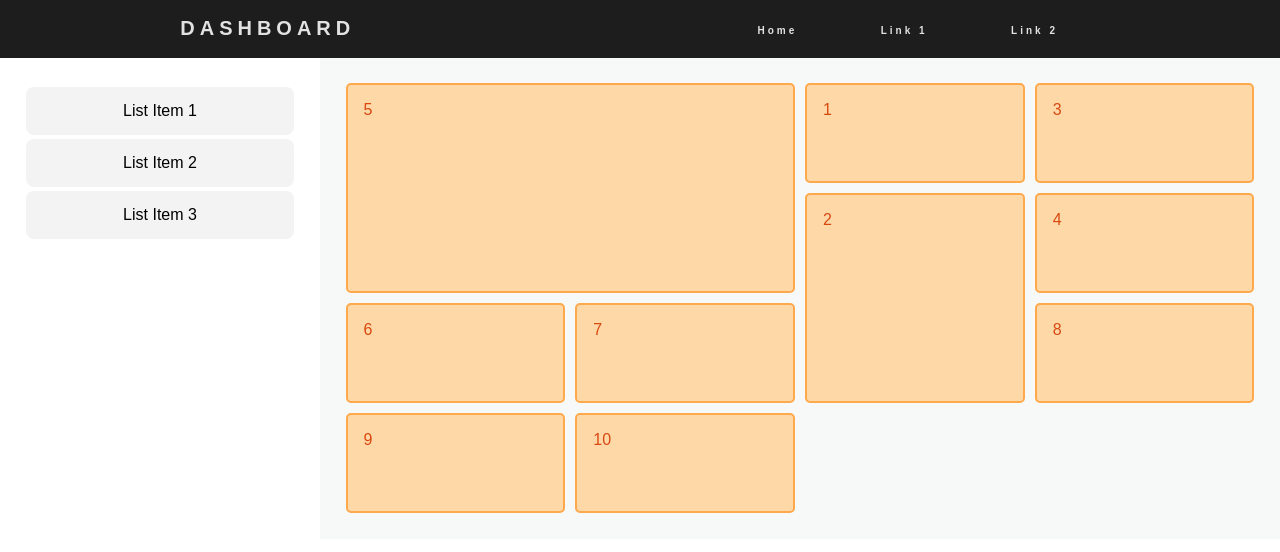
Repository: nourabdelhakam/drag-drop
Page: index.html
These files come from the project's save history. The page is drawn as it stood at one moment and after the next save; the edit follows.
The browser window is 1280 px wide. The pictures show the whole page.

Above is the page before, as saved 2020-07-03 11:14:21.

After the next save:
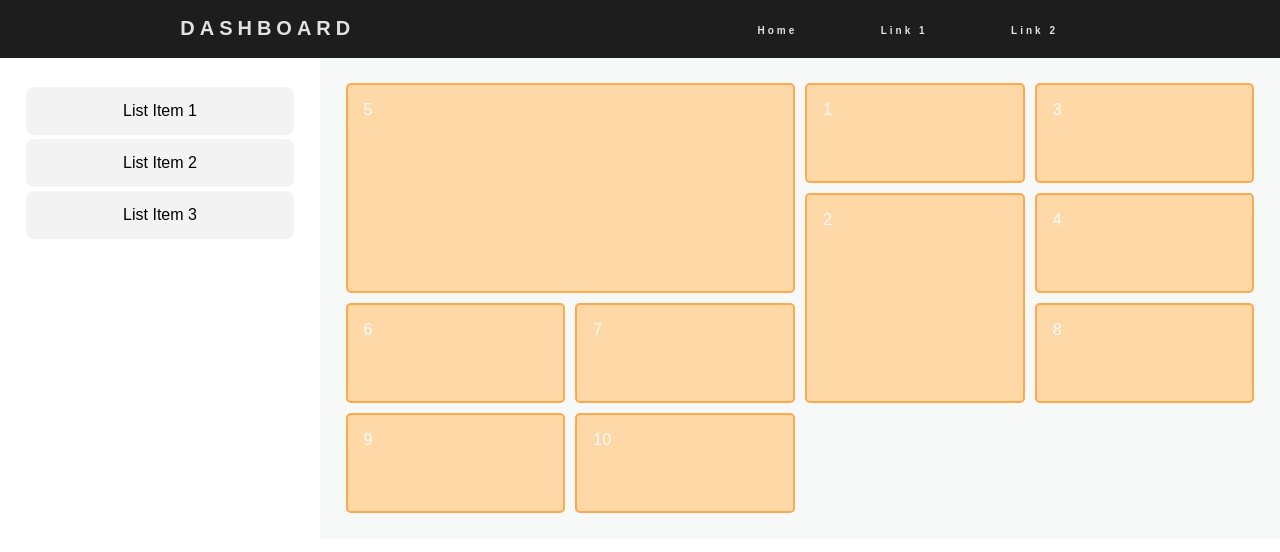
Saved 67 s later.
--- a/css/main.css
+++ b/css/main.css
@@ -64,7 +64,7 @@ body {
     border-radius: 5px;
     background-color: #ffd8a8;
     padding: 1em;
-    color: #d9480f;
+    color: #FAFBFB;
 }
 .wrapper {
   display: grid;
